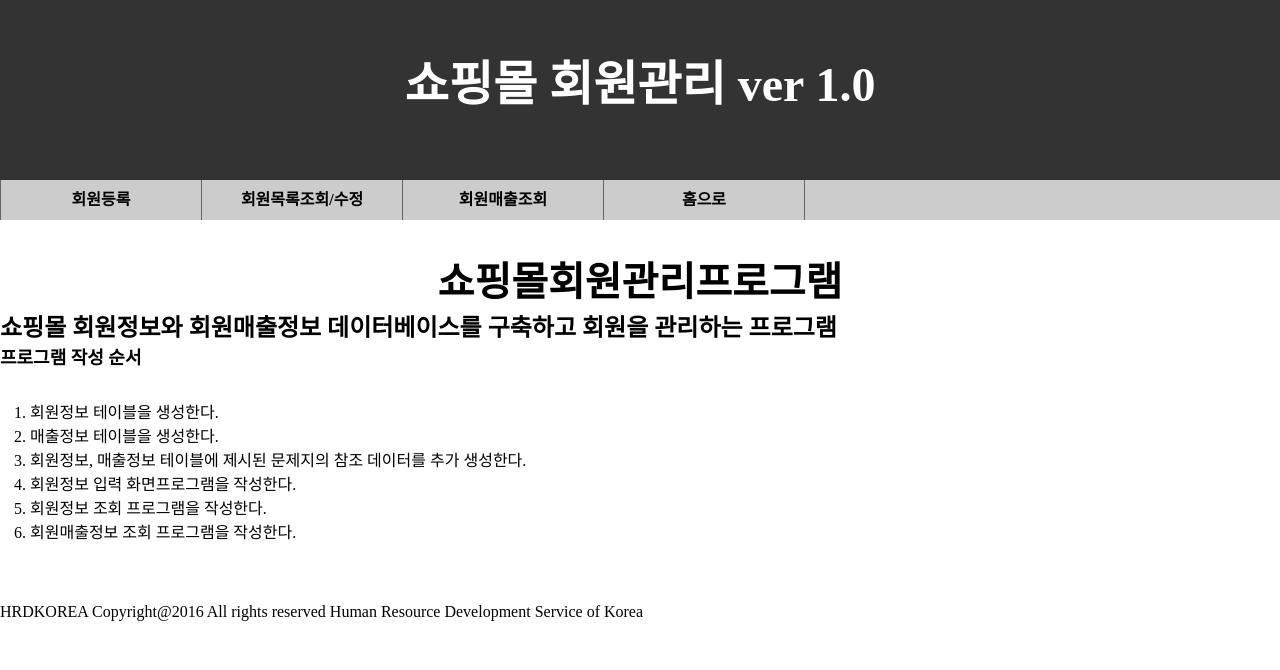
Repository: jsky1234/NCS
Page: http://localhost/HRD_1/admin.jsp
These files come from the project's save history. The page is drawn as it stood at one moment and after the next save; the edit follows.
The browser window is 1280 px wide. The pictures show the whole page.
The page is served by Tomcat 9.

Above is the page before, as saved 2020-11-09 02:35:13.

After the next save:
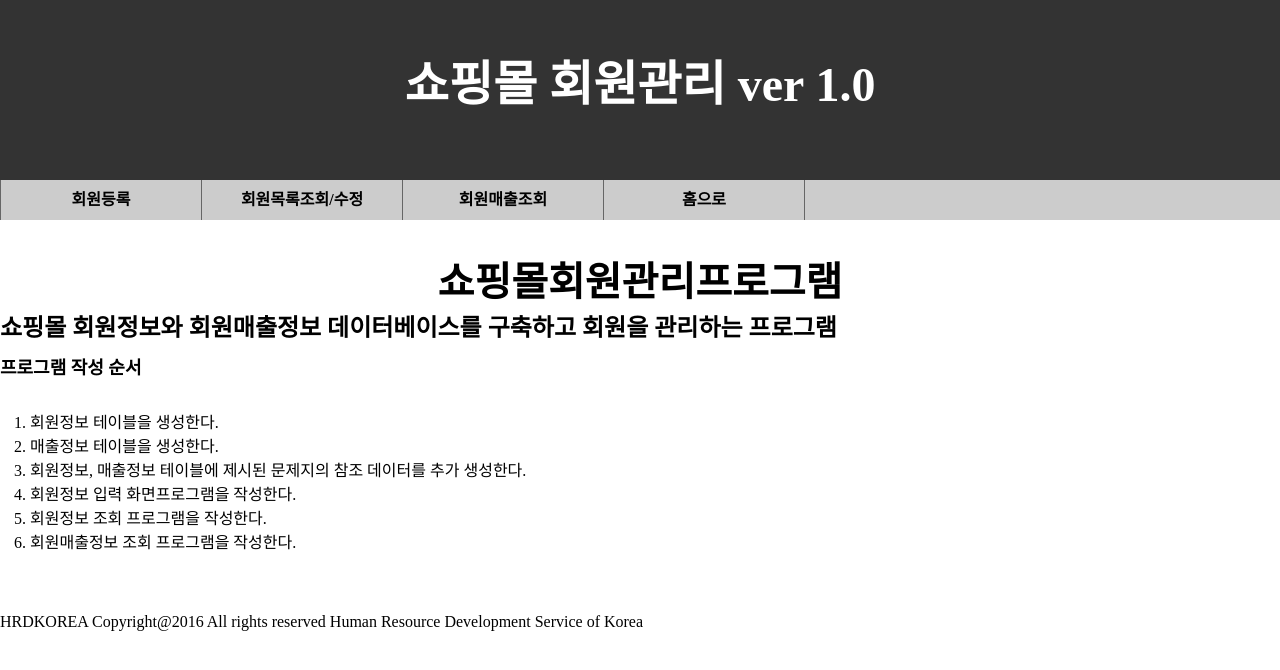
Saved 13 s later.
--- a/ncs1/HRD_1/WebContent/admin.jsp
+++ b/ncs1/HRD_1/WebContent/admin.jsp
@@ -24,7 +24,7 @@ ol { padding: 30px; }
 .page { clear: both; padding: 30px 0 30px 0; }
 .page_tit { text-align: center; font-size: 40px; }
 .item_tit1 { font-size: 24px; }
-.item_tit2 { font-size: 18px; }
+.item_tit2 { font-size: 18px; margin-top: 10px;}
 </style>
 </head>
 <body>
